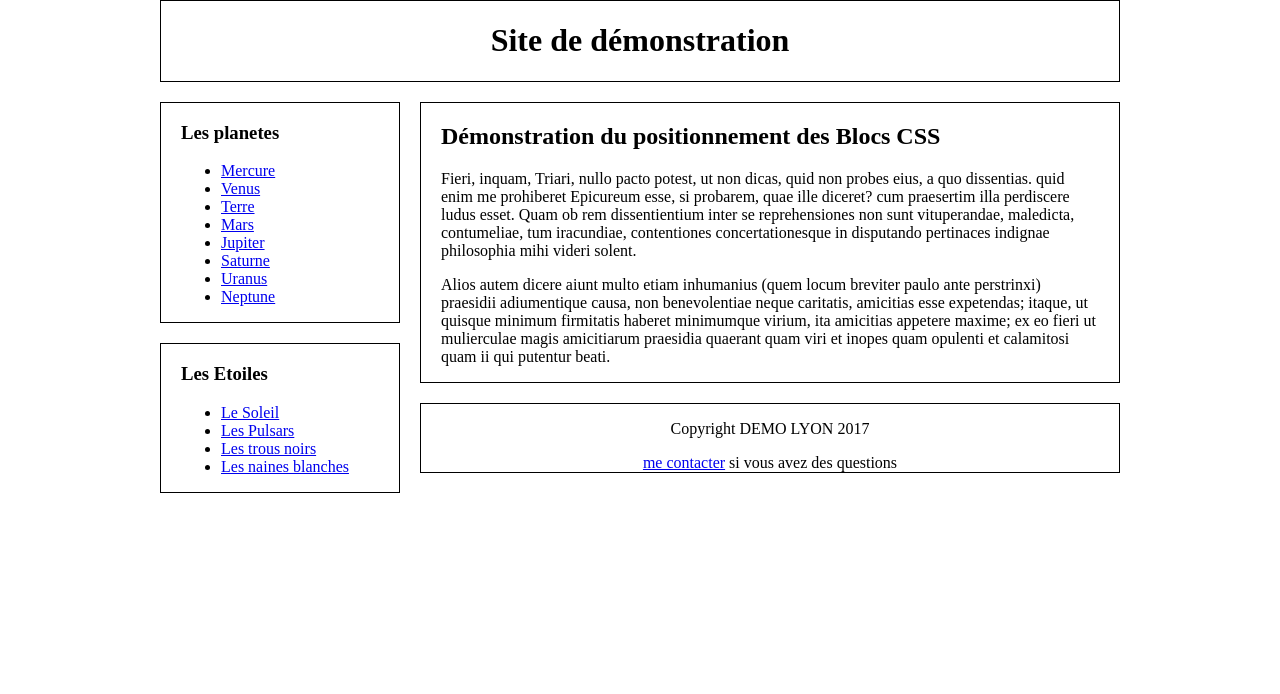
Repository: serviceshuios/-git-reference-java-lyon-worspace
Page: workspaceWeb/ModelePage1/WebContent/index.html
The author's editor kept a copy of each file at every save. The page is drawn from the files as they stood at one save, then again after the next save.
The browser window is 1280 px wide. The pictures show the whole page.

Above is the page before, as saved 2017-04-04 12:29:06.

### workspaceWeb/ModelePage1/WebContent/index.html
<!DOCTYPE html>
<html>
<head>
<meta charset="UTF-8">
<title>modèle 1</title>
<meta name="viewport" content="width=device-width, initial-scale=1.0">
<link rel="stylesheet" href="css/style.css" />
</head>
<body>
	<div id="entete">
		<h1>Site de démonstration</h1>
	</div>
	<div id="nav">
		<div class="block">
			<h3>Les planetes</h3>
			<ul>
				<li><a href="#">Mercure</a></li>
				<li><a href="#">Venus</a></li>
				<li><a href="#">Terre</a></li>
				<li><a href="#">Mars</a></li>
				<li><a href="#">Jupiter</a></li>
				<li><a href="#">Saturne</a></li>
				<li><a href="#">Uranus</a></li>
				<li><a href="#">Neptune</a></li>
			</ul>
		</div>
		<div class="block">
			<h3>Les Etoiles</h3>
			<ul>
				<li><a href="#">Le Soleil</a></li>
				<li><a href="#">Les Pulsars</a></li>
				<li><a href="#">Les trous noirs</a></li>
				<li><a href="#">Les naines blanches</a></li>
			</ul>
		</div>

	</div>
	<div id="content">
	<div class="block">
		<h2>Démonstration du positionnement des Blocs CSS</h2>
		<p>Fieri, inquam, Triari, nullo pacto potest, ut non dicas, quid non probes eius, a quo dissentias. quid enim me prohiberet Epicureum esse, si probarem, quae ille diceret? cum praesertim illa perdiscere ludus esset. Quam ob rem dissentientium inter se reprehensiones non sunt vituperandae, maledicta, contumeliae, tum iracundiae, contentiones concertationesque in disputando pertinaces indignae philosophia mihi videri solent.</p>
		<p>Alios autem dicere aiunt multo etiam inhumanius (quem locum breviter paulo ante perstrinxi) praesidii adiumentique causa, non benevolentiae neque caritatis, amicitias esse expetendas; itaque, ut quisque minimum firmitatis haberet minimumque virium, ita amicitias appetere maxime; ex eo fieri ut mulierculae magis amicitiarum praesidia quaerant quam viri et inopes quam opulenti et calamitosi quam ii qui putentur beati.</p>
	</div>
	<div class="block footer">
		<p>Copyright DEMO LYON 2017</p>
		<a href="mailto:contact@example.com">me contacter</a> si vous avez des questions
	</div>
	</div>
</body>
</html>

### workspaceWeb/ModelePage1/WebContent/css/style.css
@CHARSET "UTF-8";
/*Si la taille de l'écran est inférieure à 681px*/
@media screen and (max-width:680px)
{

}

/*Si la taille de l'écran est comprise entre 681px et 1279px*/
@media screen and (min-width:681px) and (max-width:1279px)
{

}

/*Si la taille de l'écran est supérieure à 1279px*/
@media screen and (min-width:1280px)
{
	body {
	width: 960px;
	margin : 0 auto;
}
#entete{
	border:1px solid black;
	margin-bottom:20px;
	padding: 0 20 px;
	text-align:center;
}
#nav{
	width:240px;
	float:left;
}
#content {
	width:700px;
	float:right;
}
.block {
	border:1px solid black;
	margin-bottom:20px;
	padding: 0 20px;
}
.footer{
	text-align: center;
}
}

After the next save:
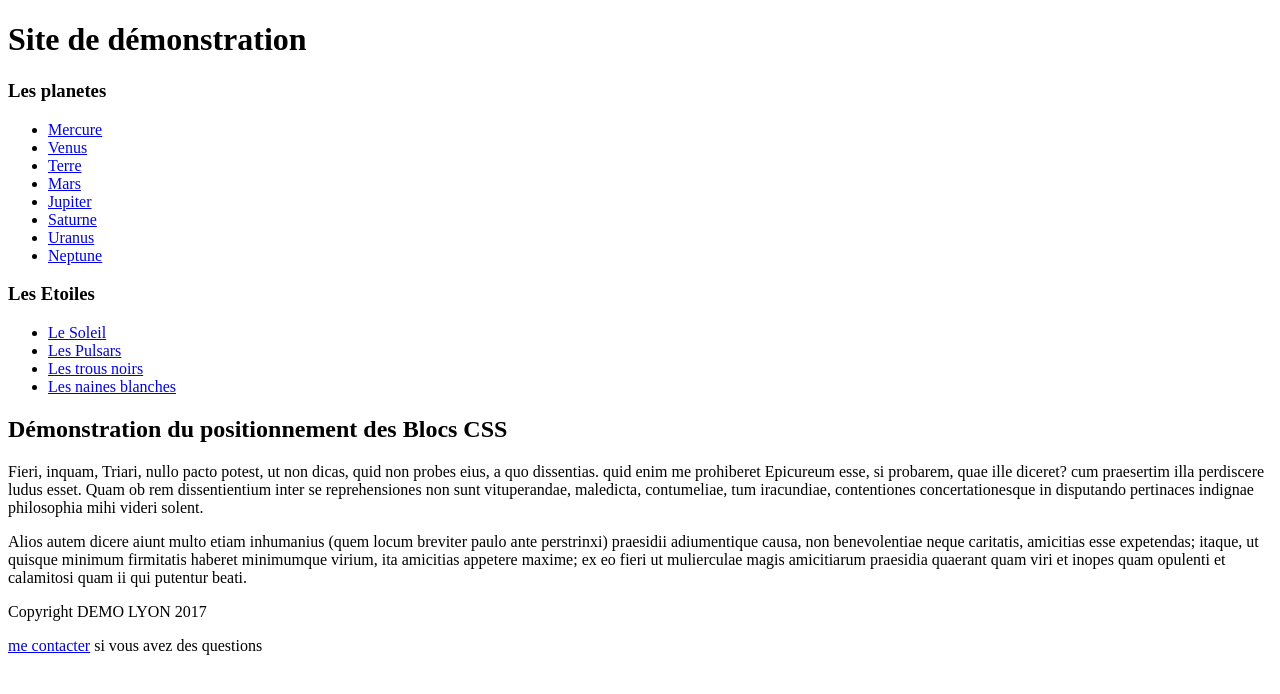
Saved 30 s later.
--- a/workspaceWeb/ModelePage1/WebContent/css/style.css
+++ b/workspaceWeb/ModelePage1/WebContent/css/style.css
@@ -14,7 +14,10 @@
 /*Si la taille de l'écran est supérieure à 1279px*/
 @media screen and (min-width:1280px)
 {
-	body {
+
+}
+
+/*body {
 	width: 960px;
 	margin : 0 auto;
 }
@@ -39,5 +42,4 @@
 }
 .footer{
 	text-align: center;
-}
-}
+}*/
